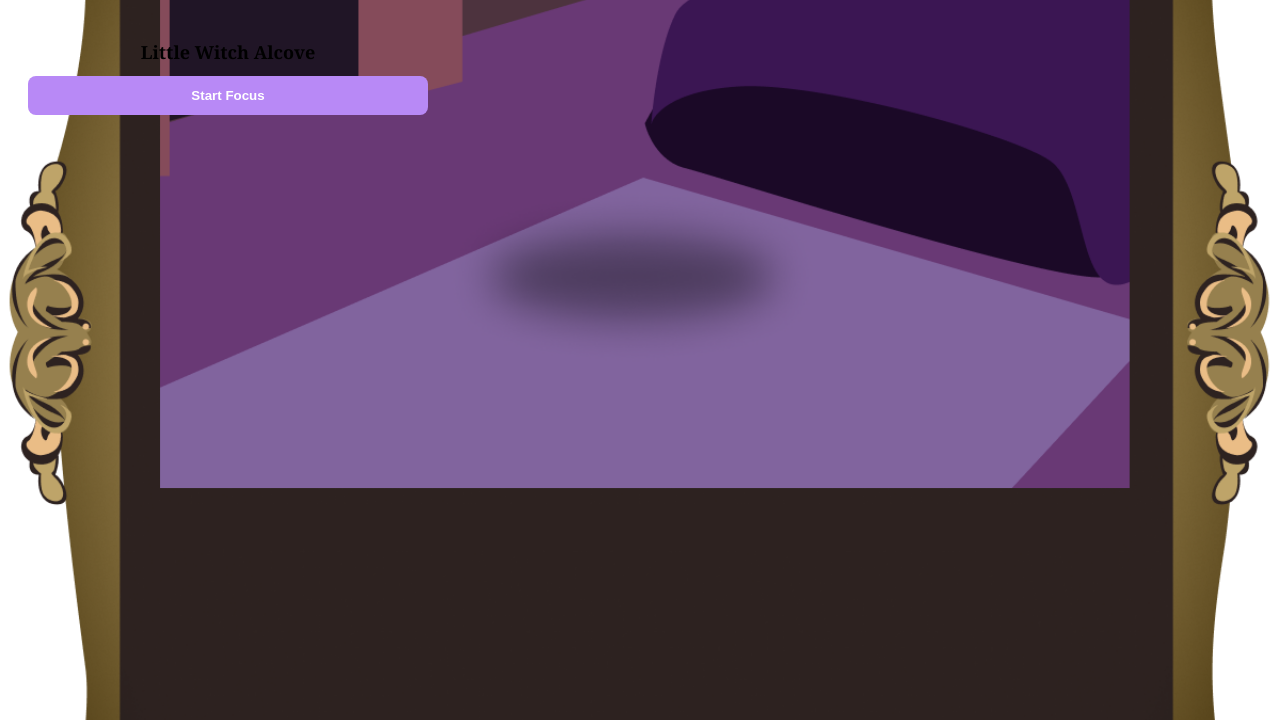
Repository: zhangolivia7/Little-Witch-Alcove
Page: popup.html
An editor plug-in stored every save of this project. The page is shown before and after the next save, followed by the edit.
The browser window is 1280 px wide. The pictures show the whole page.

Above is the page before, as saved 2025-11-15 15:29:14.

### popup.html
<!DOCTYPE html>
<html>
  <head>
    <title>Little Witch Alcove</title>
    <link rel="stylesheet" href="popup.css">
  </head>
  <body>
    <h1>Little Witch Alcove</h1>
    <button id="focus-btn">Start Focus</button>

    <script src="popup.js"></script>
  </body>
</html>

### popup.css
body {
    width: 400px;
    height: 600px;
    background: url("Assets/No UI.png") no-repeat center center;
    background-size: cover;
    padding: 20px;
    font-family: "Georgia", serif;
  }

  h1 {
    font-size: 18px;
    text-align: center;
  }

  #focus-btn {
    width: 100%;
    padding: 12px;
    border-radius: 8px;
    background: #b889f6;
    color: white;
    font-weight: bold;
    border: none;
    cursor: pointer;
  }

### popup.js
document.getElementById("focus-btn").addEventListener("click", () => {
    alert("Hex of Concentration activated! 🔮");
  });

After the next save:
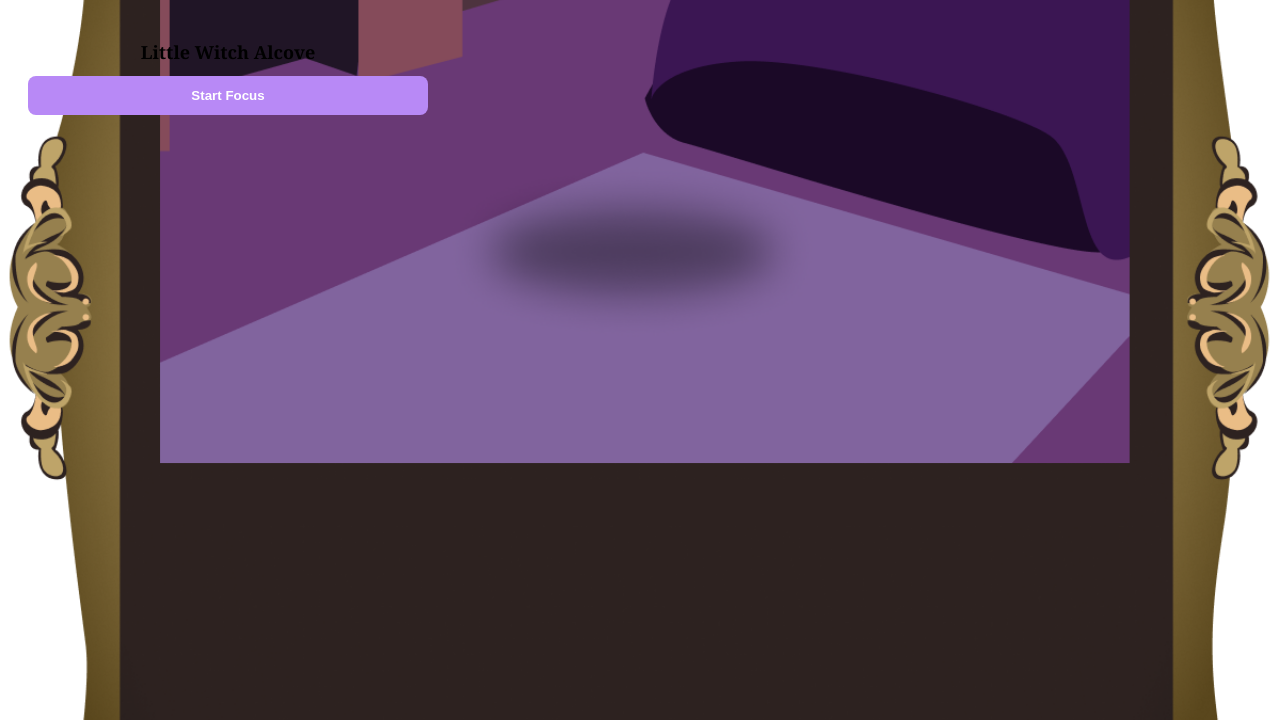
Saved 38 s later.
--- a/popup.css
+++ b/popup.css
@@ -1,6 +1,6 @@
 body {
     width: 400px;
-    height: 600px;
+    height: 550px;
     background: url("Assets/No UI.png") no-repeat center center;
     background-size: cover;
     padding: 20px;
